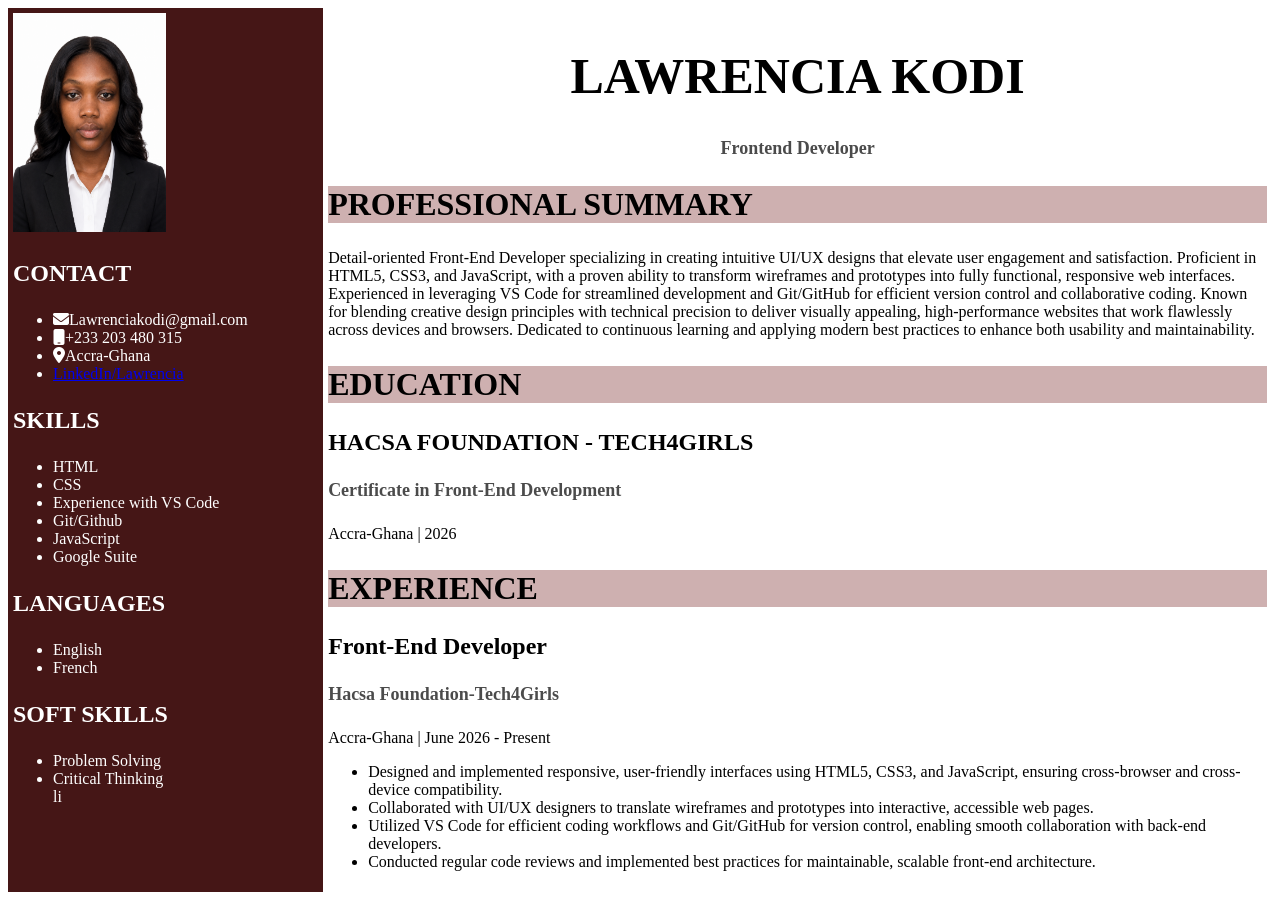
Repository: lawrencia-coder/T4G_CV
Page: index.html
The author's editor kept a copy of each file at every save. The page is drawn from the files as they stood at one save, then again after a run of saves.
The browser window is 1280 px wide. The pictures show the whole page.
Some icons come from a web library that is not loaded, so they are not drawn. Some web libraries are served in a nearby version.

Above is the page before, as saved 2026-07-15 08:10:00.

After the next 4 saves:
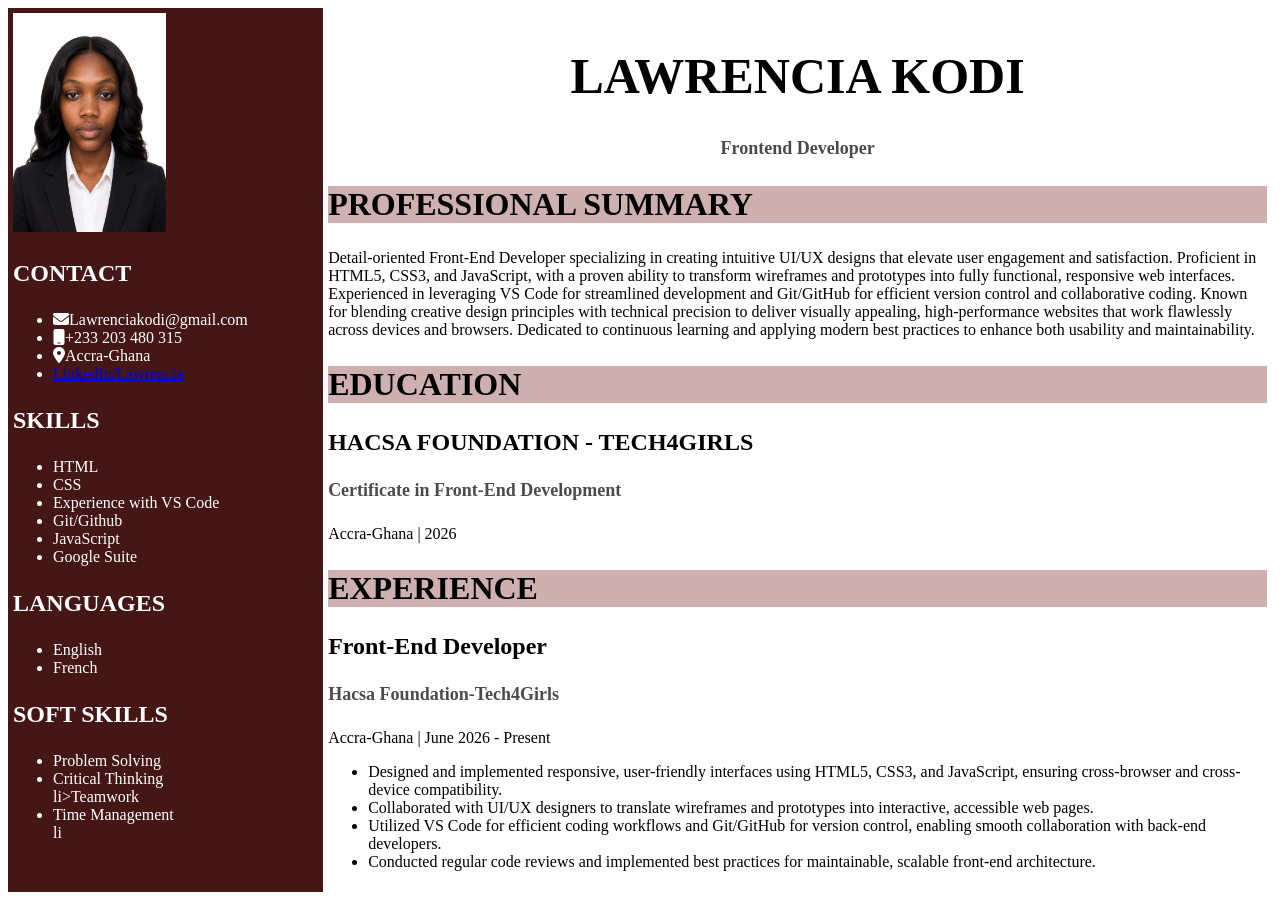
The 4 saves are shown as one change because they came seconds apart.
The last was saved 12 s later.
--- a/index.html
+++ b/index.html
@@ -46,6 +46,8 @@
                 <ul>
                     <li>Problem Solving</li>
                     <li>Critical Thinking</li>
+                    li>Teamwork</li>
+                    <li>Time Management</li>
                     li
 
                 </ul>
